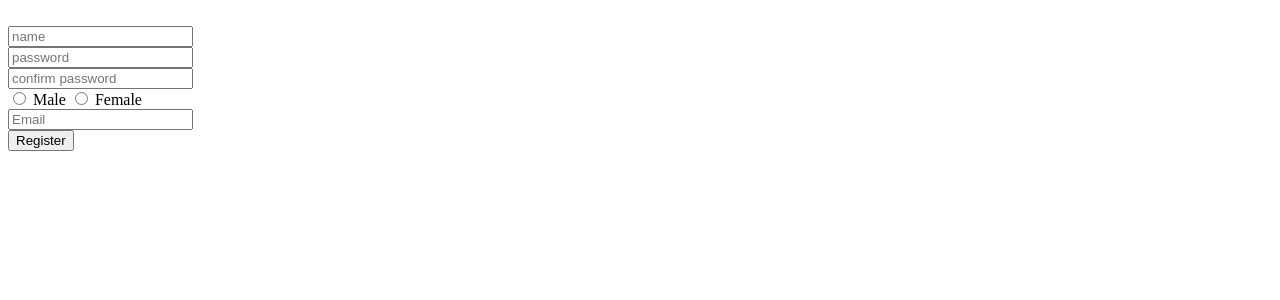
Repository: anujs099/bankingapp
Page: banking-application-final/WebContent/Register.html
These files come from the project's save history. The page is drawn as it stood at one moment and after the next save; the edit follows.
The browser window is 1280 px wide. The pictures show the whole page.

Above is the page before, as saved 2021-03-04 11:47:40.

After the next save:
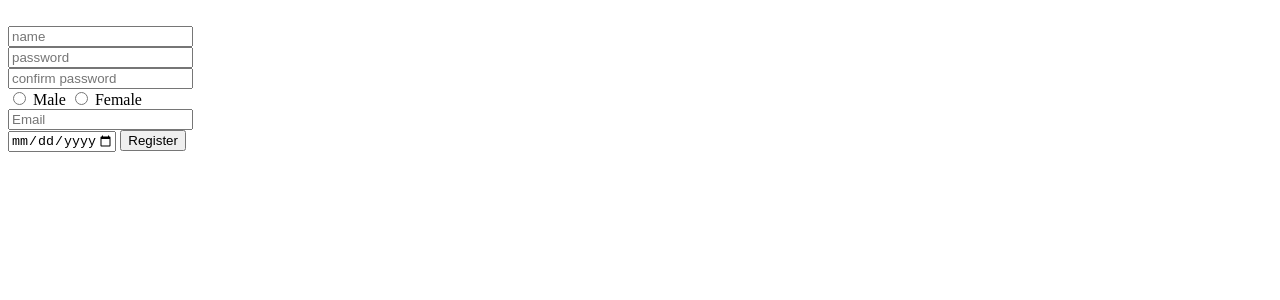
Saved 3 min 15 s later.
--- a/banking-application-final/WebContent/Register.html
+++ b/banking-application-final/WebContent/Register.html
@@ -21,6 +21,7 @@
   </label>
 </div>
 <input type="email" placeholder="Email"><br>
+<input type="date" min="1990-01-01" max="2030-02-08">
 <input type="submit" value="Register"><br>
 </Form>
 </div>
